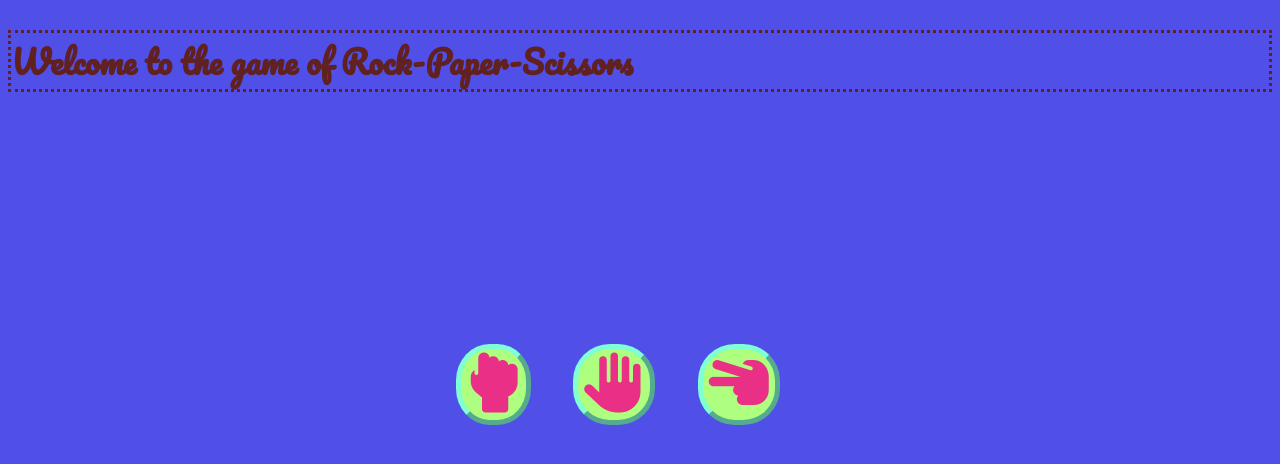
Repository: 0101chaitanya/Rock-Paper-Scissors
Page: index.html
An editor plug-in stored every save of this project. The page is shown before and after a run of saves, followed by the edit.
The browser window is 1280 px wide. The pictures show the whole page.
Some web libraries are served in a nearby version.

Above is the page before, as saved 2021-05-14 17:17:33.
Not found: linkk.js

After the next 4 saves:
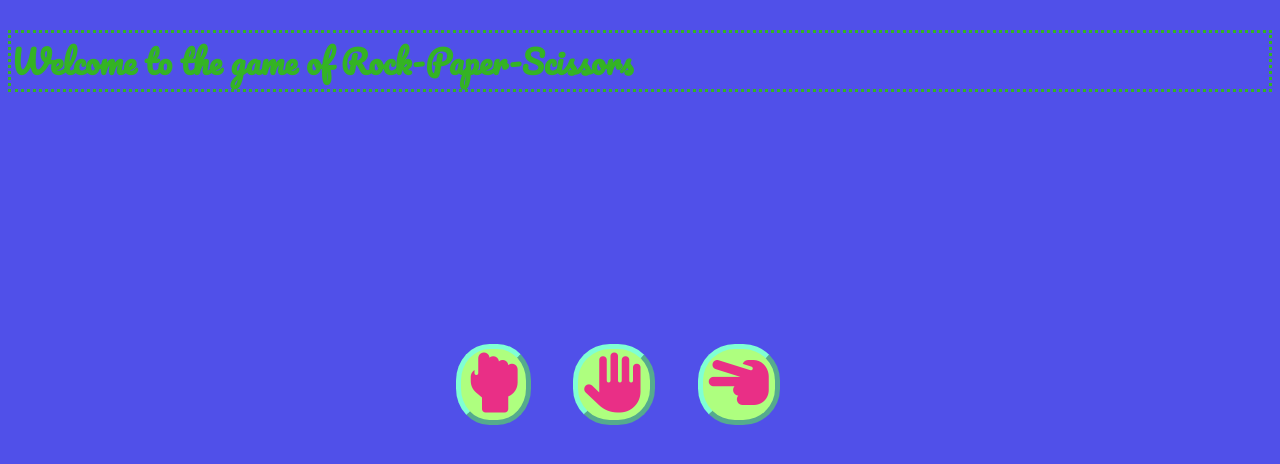
The 4 saves are shown as one change because they came seconds apart.
The last was saved 20 s later.
--- a/style.css
+++ b/style.css
@@ -6,7 +6,7 @@ background-color:rgb(80, 80, 233);
    h1  {
      margin : 30px auto 0px;
      border-style:dotted;
-     color:rgb(97, 33, 33) ;
+     color:rgb(52, 179, 36) ;
     }
 .square{
     background-color: rgb(174, 255, 127);
